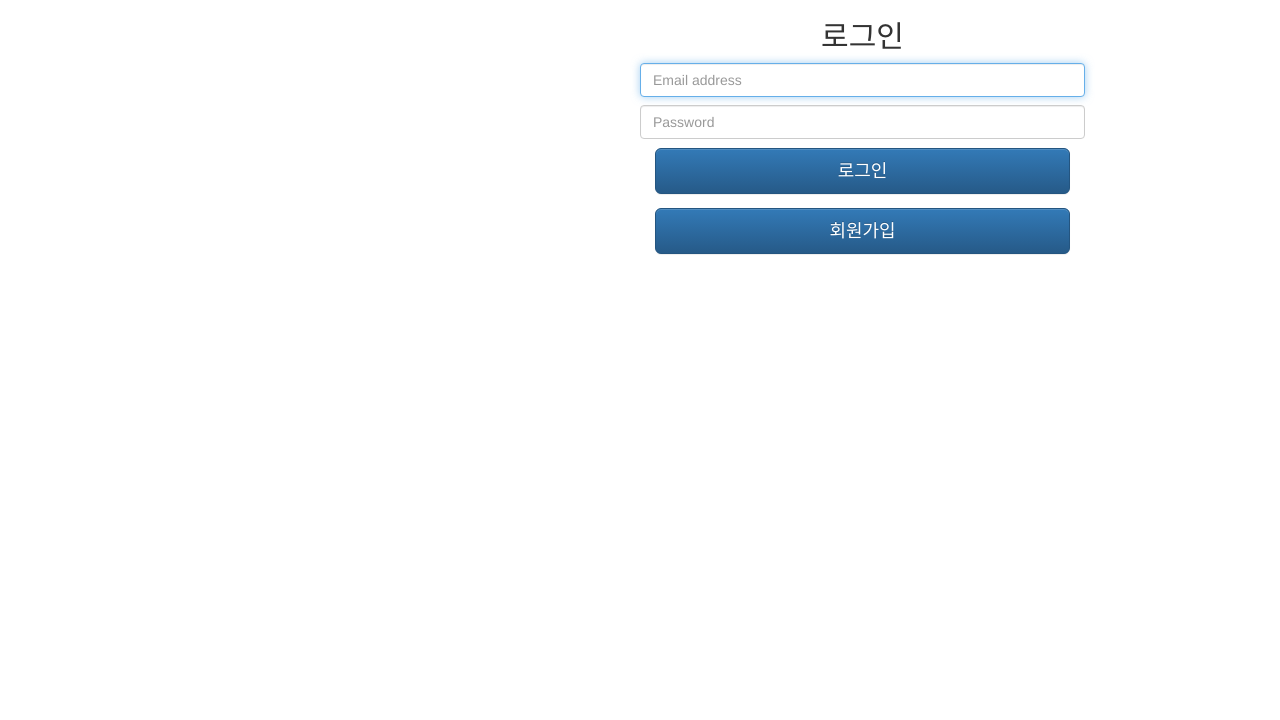
Repository: hrhwbp/Acorn-Final-Project
Page: http://localhost/final_project/index.jsp
An editor plug-in stored every save of this project. The page is shown before and after the next save, followed by the edit.
The browser window is 1280 px wide. The pictures show the whole page.
Some web libraries are served in a nearby version. The page is served by Tomcat 9. Nobody is signed in. The application's start-up code is not run.

Above is the page before, as saved 2016-10-26 04:02:07.

After the next save:
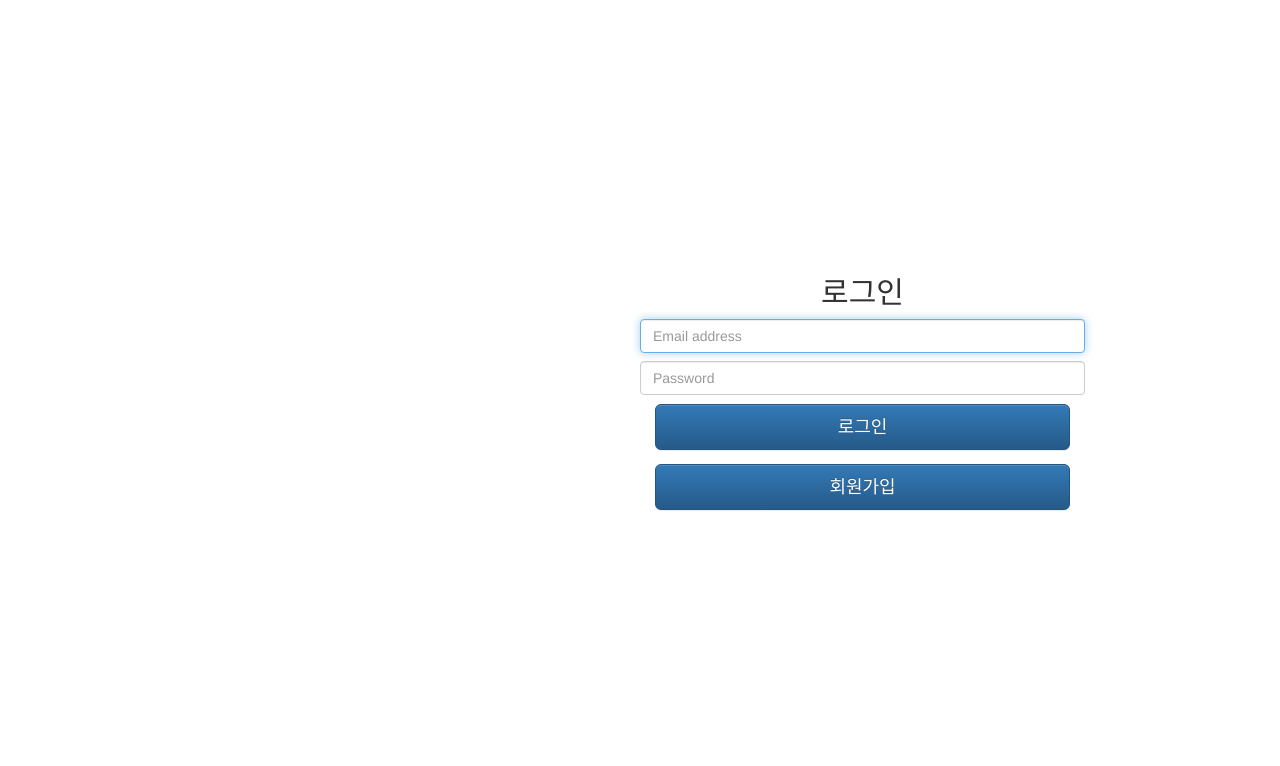
Saved 11 s later.
--- a/final_project/src/main/webapp/index.jsp
+++ b/final_project/src/main/webapp/index.jsp
@@ -30,7 +30,7 @@
 	src="https://maxcdn.bootstrapcdn.com/bootstrap/3.3.2/js/bootstrap.min.js"></script>
 </head>
 <body class="center-block()">
-	<div class="container">
+	<div class="container main_pd">
 		<div class="container col-md-5 col-md-offset-1"></div>
 		<div class="container col-md-5">
 		<div class="row col-md-12">
